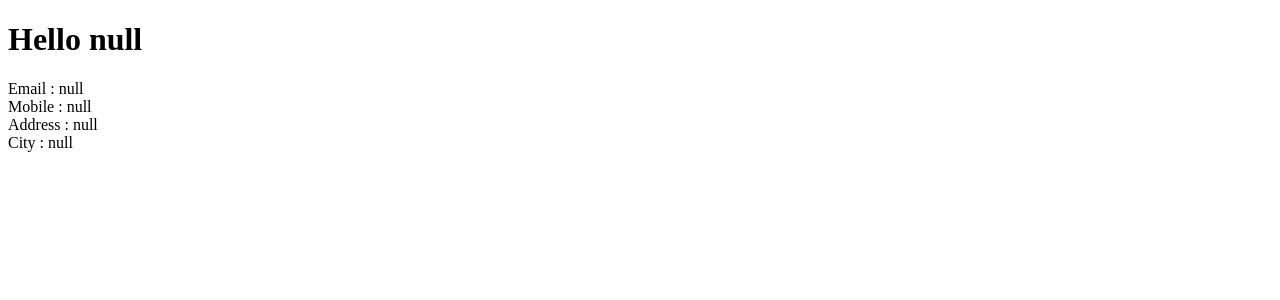
Repository: NagepalliHaasan21/MyProjects
Page: http://localhost/com.SecondJEEPrgm/home.jsp
These files come from the project's save history. The page is drawn as it stood at one moment and after the next save; the edit follows.
The browser window is 1280 px wide. The pictures show the whole page.
The page is served by Tomcat 10. Other server files are loaded and not shown.

Above is the page before, as saved 2024-12-02 12:57:42.

### eclipse-workspace/com.SecondJEEPrgm/src/main/webapp/home.jsp
<%@ page import="jakarta.servlet.http.HttpSession" %>
<%@ page language="java" contentType="text/html; charset=UTF-8" pageEncoding="UTF-8"%>
<!DOCTYPE html>
<html>
<head>
<meta charset="UTF-8">
<title>Insert title here</title>
</head>
<body>
    <h1>Hello <% out.println(session.getAttribute("name")); %></h1>
    <p>
    	Email : <% out.println(session.getAttribute("email")); %> <br>
    	Mobile : <% out.println(session.getAttribute("mobile")); %> <br>
    	Address : <% out.println(session.getAttribute("address")); %> <br>
    	City : <% out.println(session.getAttribute("city")); %> <br>

    </p>
</body>
</html>

After the next save:
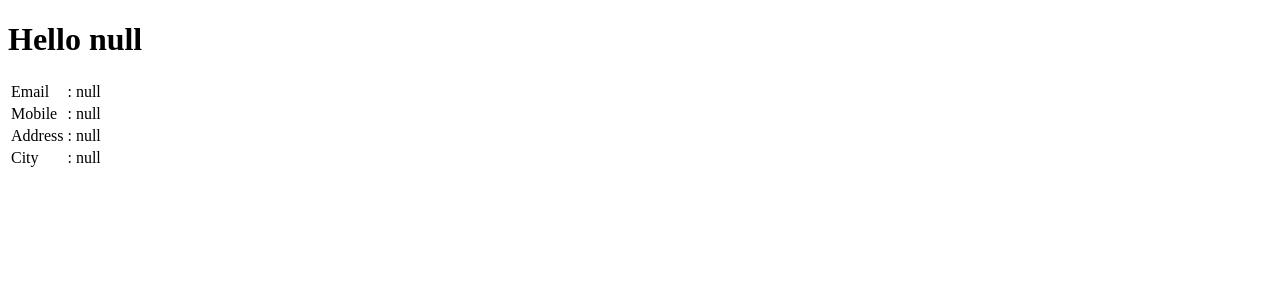
Saved 8 min 5 s later.
--- a/eclipse-workspace/com.SecondJEEPrgm/src/main/webapp/home.jsp
+++ b/eclipse-workspace/com.SecondJEEPrgm/src/main/webapp/home.jsp
@@ -8,12 +8,11 @@
 </head>
 <body>
     <h1>Hello <% out.println(session.getAttribute("name")); %></h1>
-    <p>
-    	Email : <% out.println(session.getAttribute("email")); %> <br>
-    	Mobile : <% out.println(session.getAttribute("mobile")); %> <br>
-    	Address : <% out.println(session.getAttribute("address")); %> <br>
-    	City : <% out.println(session.getAttribute("city")); %> <br>
-
-    </p>
+    <table>
+    	<tr><td> Email </td> <td> : <% out.println(session.getAttribute("email")); %> </td> </tr>
+    	<tr><td> Mobile </td> <td> : <% out.println(session.getAttribute("mobile")); %> </td> </tr>
+    	<tr><td> Address </td> <td> : <% out.println(session.getAttribute("address")); %> </td> </tr>
+    	<tr><td> City </td> <td> : <% out.println(session.getAttribute("city")); %> </td> </tr>
+    </table>
 </body>
 </html>
